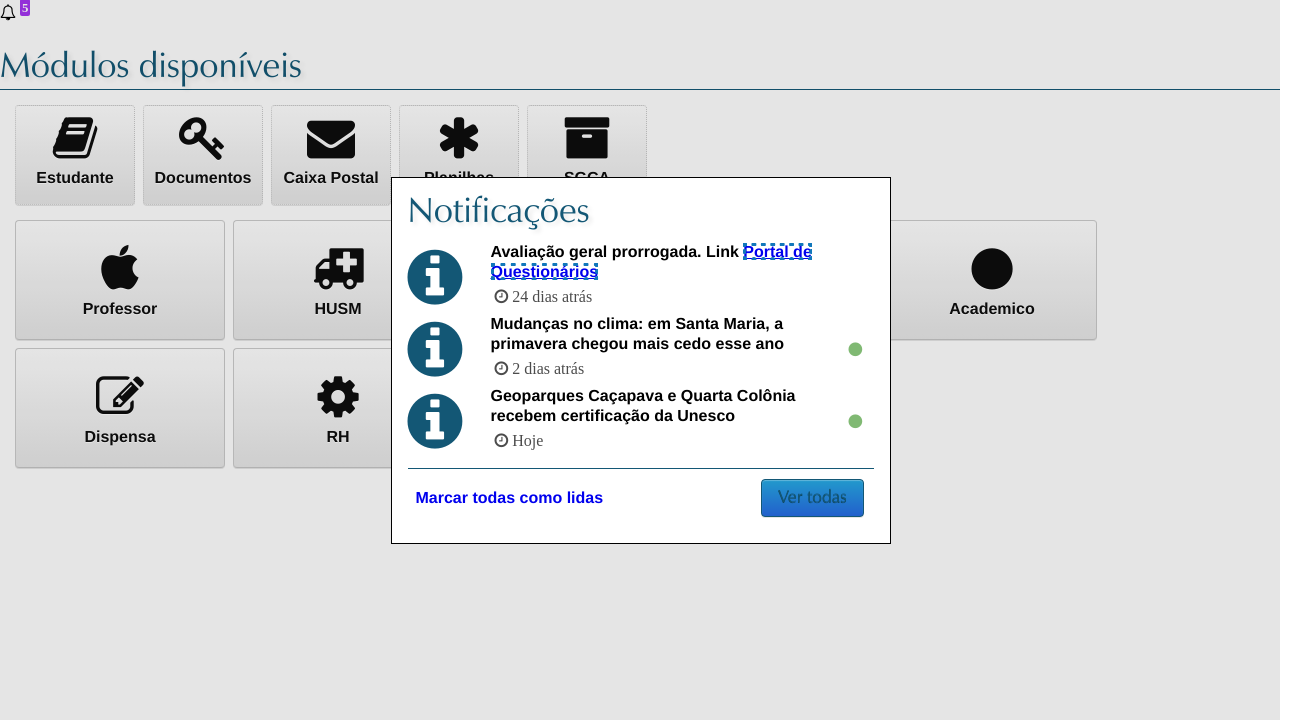
Repository: evertonagilar/study
Page: css/css-notificacao-dialog/index.html
An editor plug-in stored every save of this project. The page is shown before and after the next save, followed by the edit.
The browser window is 1280 px wide. The page is 1295 px wide, so the pictures cover 1295 px, including what lies to the right of the window. The pictures show the whole page.
After loading, the first visible `span.dashboard-notificacoes-button` was clicked once.

Above is the page before, as saved 2023-09-11 22:16:11.

### css/css-notificacao-dialog/index.html
<!DOCTYPE html>
<html lang="en">

<head>
    <meta charset="UTF-8">
    <meta name="viewport" content="width=device-width, initial-scale=1.0">
    <title>Aula CSS GRID</title>
    <link rel="stylesheet" href="css/cpd.css">
    <link rel="stylesheet" href="css/style.css">
</head>

<body>
    <span class="dashboard-notificacoes-button icon-bell">
        <sup>5</sup>
    </span>

    <dialog class="dashboard-notificacoes">
        <h2 class="h2 primary text-shadowed margin-bottom">
            Notificações
        </h2>
        <div class="notificacao-list">
            <div class="notificacao" data-id="1">
                <span class="notificacao-icon-type icon-info-sign"></span>
                <div class="notificacao-message">
                    <span class="notificacao-message-text">Avaliação geral prorrogada. Link <a href="#">Portal de
                            Questionários</a></span>
                    <span class="notificacao-message-date icon-time"> 24 dias atrás</span>
                </div>
                <span class="notificao-lida-mark"></span>
            </div>
            <div class="notificacao" data-id="1">
                <span class="notificacao-icon-type icon-info-sign"></span>
                <div class="notificacao-message">
                    <span class="notificacao-message-text">Mudanças no clima: em Santa Maria, a primavera chegou mais
                        cedo esse ano</span>
                    <span class="notificacao-message-date icon-time"> 2 dias atrás</span>
                </div>
                <span class="notificao-lida-mark icon-circle"></span>
            </div>
            <div class="notificacao" data-id="1">
                <span class="notificacao-icon-type icon-info-sign"></span>
                <div class="notificacao-message">
                    <span class="notificacao-message-text">Geoparques Caçapava e Quarta Colônia recebem certificação da Unesco</span>
                    <span class="notificacao-message-date icon-time"> Hoje</span>
                </div>
                <span class="notificao-lida-mark icon-circle"></span>
            </div>
        </div>
        <div class="notificacao-buttons">
            <a class="notificacao-marcar-todas" href="#">Marcar todas como lidas</a>
            <span class="btn primary notificacao-ver-todas">Ver todas</span>
        </div>
    </dialog>

    <h2 class="h2 primary stroked-bottom text-shadowed margin-bottom">
        Módulos disponíveis
    </h2>


    <div class="dashboard-container-favorito">
        <div class="portal">
            <span class="portal-icon icon-book"></span>
            <h3 class="portal-label">Estudante</h3>
        </div>
        <div class="portal">
            <span class="portal-icon icon-key"></span>
            <h3 class="portal-label">Documentos</h3>
        </div>
        <div class="portal">
            <span class="portal-icon icon-envelope"></span>
            <h3 class="portal-label">Caixa Postal</h3>
        </div>
        <div class="portal">
            <span class="portal-icon icon-asterisk"></span>
            <h3 class="portal-label">Planilhas</h3>
        </div>
        <div class="portal">
            <span class="portal-icon icon-archive"></span>
            <h3 class="portal-label">SGCA</h3>
        </div>

    </div>

    <div class="dashboard-container">
        <div class="portal">
            <span class="portal-mini-button fa fa-chain"></span>
            <span class="portal-icon icon-apple"></span>
            <h3 class="portal-label">Professor</h3>
        </div>

        <div class="portal">
            <span class="portal-icon icon-ambulance"></span>
            <h3 class="portal-label">HUSM</h3>
        </div>

        <div class="portal">
            <span class="portal-icon icon-user"></span>
            <h3 class="portal-label">Usuario</h3>
        </div>

        <div class="portal">
            <span class="portal-icon icon-calendar"></span>
            <h3 class="portal-label">Agendamento</h3>
        </div>

        <div class="portal">
            <span class="portal-icon icon-circle"></span>
            <h3 class="portal-label">Academico</h3>
        </div>

        <div class="portal">
            <span class="portal-icon icon-edit"></span>
            <h3 class="portal-label">Dispensa</h3>
        </div>

        <div class="portal">
            <span class="portal-icon icon-cog"></span>
            <h3 class="portal-label">RH</h3>
        </div>

        <div class="portal">
            <span class="portal-icon icon-code-fork"></span>
            <h3 class="portal-label">Projetos</h3>
        </div>

        <div class="portal">
            <span class="portal-icon icon-file-alt"></span>
            <h3 class="portal-label">Biblioteca</h3>
        </div>

    </div>
</body>


<script>

    document.addEventListener("DOMContentLoaded", function () {

        /* Cards */
        const botao = document.querySelectorAll('.portal');
        botao.forEach(btn => {
            const miniButton = btn.querySelector('.portal-mini-button');

            btn.addEventListener('click', () => {
                alert('botao clicked');
            });

            btn.addEventListener('mouseenter', () => {
                if (miniButton) {
                    miniButton.style.visibility = 'visible';
                }
            });

            btn.addEventListener('mouseleave', () => {
                if (miniButton) {
                    miniButton.style.visibility = 'hidden';
                }
            });

        });

        /* Mini Button */
        const miniButtons = document.querySelectorAll('.portal-mini-button');
        miniButtons.forEach(btn => {
            const parentButton = btn.closest('.portal');

            btn.addEventListener("click", (event) => {
                event.stopPropagation();
                alert('mini-button clicked');
            });

            btn.addEventListener("mouseenter", (event) => {
                // alert('mouse enter');
                // parentButton.style.pointerEvents = 'none';

            });

            btn.addEventListener("mouseleave", (event) => {
                // alert('mouse leave');
                // parentButton.style.pointerEvents = 'auto';
            })

        });


        /* Notifications */
        document.querySelector('.dashboard-notificacoes-button').addEventListener("click", (event) => {
            const dialog = document.querySelector('.dashboard-notificacoes');
            dialog.showModal();
        });

        document.querySelector('.dashboard-notificacoes-button').addEventListener("mouseenter", (event) => {
            const dialog = document.querySelector('.dashboard-notificacoes');
            dialog.show();
        });

        document.querySelector('.dashboard-notificacoes-button').addEventListener("mouseleave", (event) => {
            const dialog = document.querySelector('.dashboard-notificacoes');
            dialog.close();
        });


    });



</script>



</html>

### css/css-notificacao-dialog/css/style.css

.dashboard-container {
    width: 100%;
    height: 100%;
    display: flex;
    flex-direction: row;
    flex-wrap: wrap;
    gap: 8px;
    align-items: stretch; /* Centraliza verticalmente */
    justify-content: stretch;
    margin: 15px;
    @media screen and (max-width:34.999999em){
        width: 94%;
    }
}

.dashboard-container-favorito {
    width: 100%;
    height: 100%;
    display: flex;
    flex-direction: row;
    flex-wrap: nowrap;
    gap: 8px;
    align-items: stretch; /* Centraliza verticalmente */
    justify-content: stretch;
    margin: 15px;
}

.portal {
    position: relative;
    cursor: pointer;
    text-align: center;
    --border-radius:.25rem;
    --border-radius-top-left:.25rem;
    --border-radius-top-right:.25rem;
    --border-radius-bottom-right:.25rem;
    --border-radius-bottom-left:.25rem;
    --border-radius-top:.25rem;
    --border-radius-left:.25rem;
    --border-radius-right:.25rem;
    --border-radius-bottom:.25rem;
    border-radius:.25rem;
    border:.065rem solid #ccc;
    border-bottom:.065rem solid #c5c5c5;
    border-right:.065rem solid #cacaca;
    color:#0d0d0d;
    text-shadow:0 .065em 0 #fff;
    box-shadow:0 .065em 0 rgba(0,0,0,0.1),0 .065em .065em 0 rgba(255,255,255,0.3) inset;
    background-image:linear-gradient(to bottom, #fff, #e6e6e6);
    padding: 24px;
    width: 210px;
    height: 120px;
    @media screen and (max-width:34.999999em){
        width: 100%;
    }
}


.portal:hover {
    background:#e6e6e6;
    transition: all .35s ease-in-out;
    box-shadow: 0 .065rem 0 rgba(0,0,0,0.15);
}

.portal:active {
    background:none;
    box-shadow:0 .065em 0 rgba(0,0,0,0.1),.08em .125em .25em rgba(0,0,0,0.3) inset;
    background-color:#f3f3f3;
    transition:none
}

.portal:focus {
    box-shadow:0 0 .5em .25em rgba(205,205,205,0.85)
}

.portal-icon {
    font-size: 3em;
}

.portal-label {
    font-weight: bold;
    margin-top: 6px;
}

.dashboard-container-favorito .portal {
    padding: 8px;
    height: 100px;
    width: 120px;
    @media screen and (max-width:798px) {
        width: auto;
    }
    border-style: dotted;
}

.portal-mini-button {
    position: absolute;
    top: 0;
    right: 0;
    border: none;
    padding: 6px;
    z-index: 100;
    visibility: hidden;
}

.portal-mini-button:hover {
    background-color:#f3f3f3;
    border-radius:.25rem;
    border:.065rem solid #ccc;
    border-bottom:.065rem solid #c5c5c5;
    border-right:.065rem solid #cacaca;
    color:#0d0d0d;
    color: brown;
 }

 .portal-mini-button:active {
    background:none;
    box-shadow:0 .065em 0 rgba(0,0,0,0.1),.08em .125em .25em rgba(0,0,0,0.3) inset;
    background-color:#f3f3f3;
    transition:none
}

.portal-mini-button:focus {
    box-shadow:0 0 .5em .25em rgba(205,205,205,0.85)
}

/* Notificações */

.dashboard-notificacoes-button {
    position: relative;
    cursor: pointer;
}


.dashboard-notificacoes {
    position: absolute;
    left: 1px;
    top: 1px;
    width: 500px;
    transition: all .2s ease;
    z-index: 200;
    border: 1px solid


}

.dashboard-notificacoes-button sup {
    color: #fff;
    background-color: #a435f0;
    padding: 2px;
    font-weight: bold;
    border-radius: 2px;
    font-size: .8em !important;
}

.notificacao-list {
    display: flex;
    flex-direction: column;
    gap: 2px;
}

.notificacao {
    display: flex;
    flex-direction: row;
    justify-content: flex-start;
    align-items: center;
    gap: 8px;
    flex-wrap: wrap;

}

.notificacao-message {
    display: flex;
    flex-direction: column;
    align-items: flex-start;
    font-weight: bold;
}

.notificacao-icon-type {
    font-size: 64px;
    width: 75px;
    color: #135775;
}

.notificacao-message-text {
    font-weight: 900;
    width: 350px;
}

.notificacao-message-date {
    font-weight: 300;
    padding: 6px 4px;
    color: #4c4c4c;
}

.notificao-lida-mark {
    color: hsla(109, 90%, 27%, 0.565);
}

.notificacao-buttons {
    display: flex;
    justify-content: space-between;
    align-items: center;
    border-top: .065rem solid #135775;
    margin-top: 12px;
    padding: 8px;
}

.notificacao-marcar-todas {
    font-weight: bold;
    text-decoration: none;
}

Loaded but not shown: css/css-notificacao-dialog/css/cpd.css (library)

After the next save:
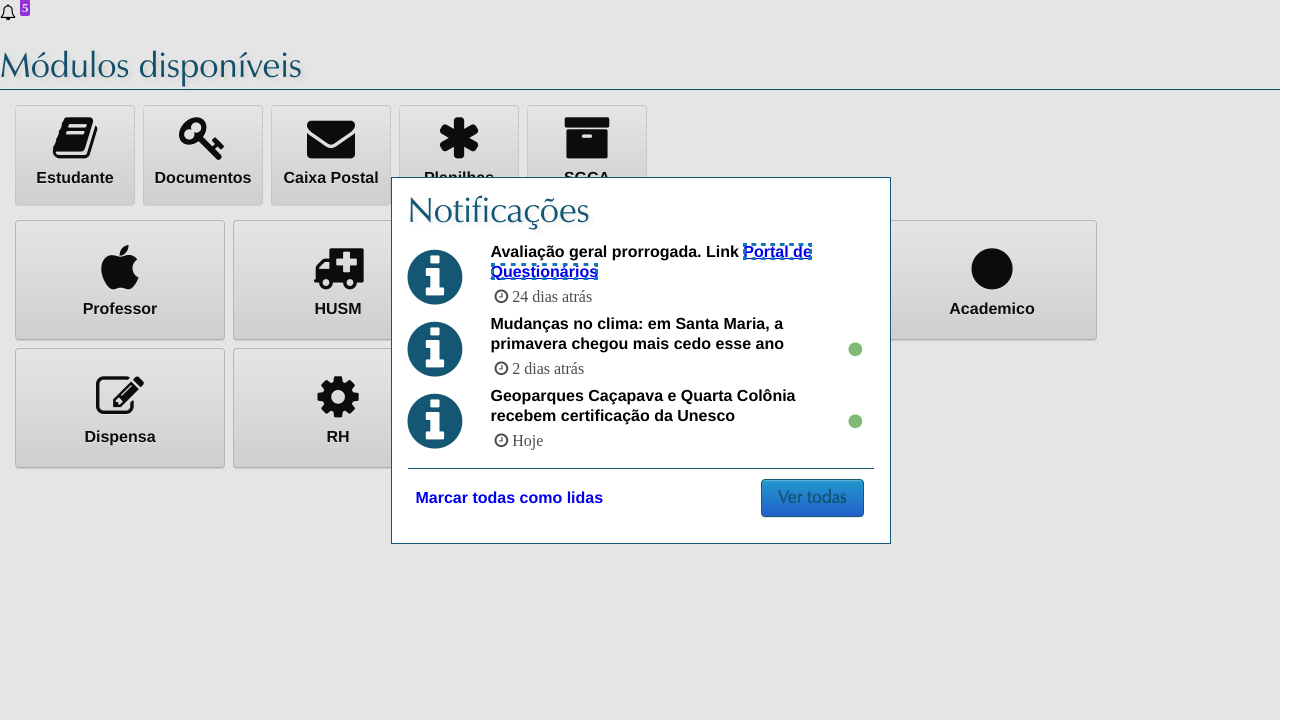
Saved 21 s later.
--- a/css/css-notificacao-dialog/css/style.css
+++ b/css/css-notificacao-dialog/css/style.css
@@ -138,7 +138,7 @@
     width: 500px;
     transition: all .2s ease;
     z-index: 200;
-    border: 1px solid
+    border: 1px solid #135775;
 
 
 }
